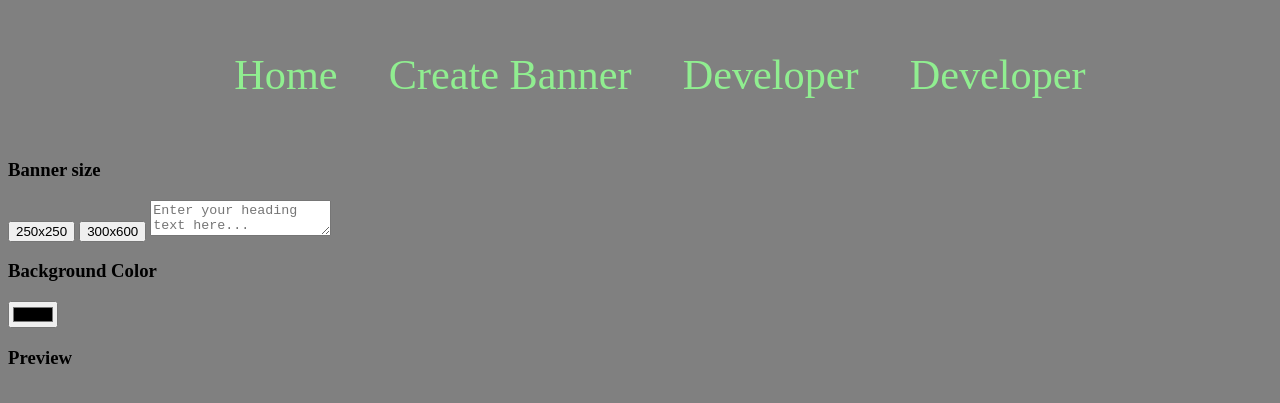
Repository: Yuravolontir/--Baner-Editor--
Page: banner.html
An editor plug-in stored every save of this project. The page is shown before and after the next save, followed by the edit.
The browser window is 1280 px wide. The pictures show the whole page.

Above is the page before, as saved 2025-07-15 18:25:04.

After the next save:
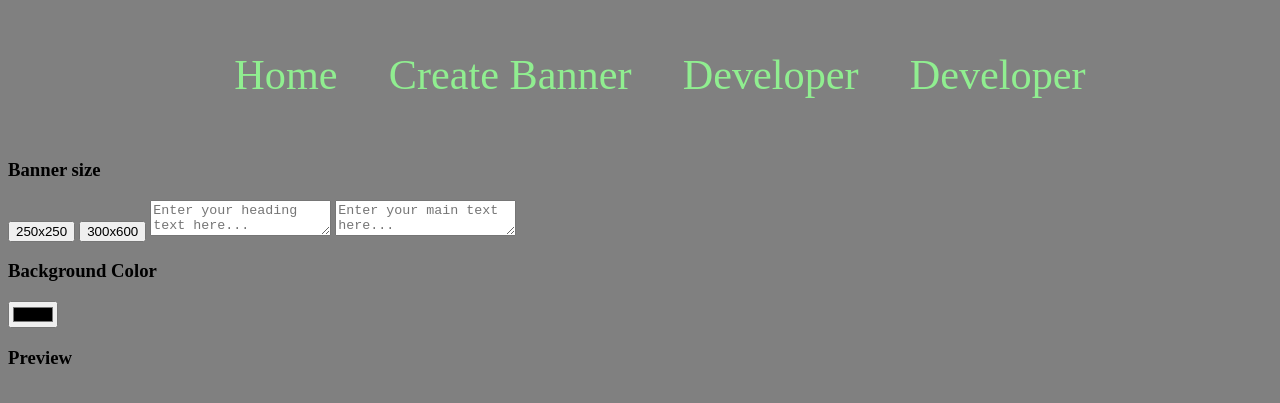
Saved 99 s later.
--- a/banner.html
+++ b/banner.html
@@ -23,6 +23,7 @@
 <button id="250X250">250x250</button>
 <button id="300X600">300x600</button>
 <textarea id="bannerHeading" placeholder="Enter your heading text here..."></textarea>
+<textarea id="bannerText" placeholder="Enter your main text here..."></textarea>
 <h3>Background Color</h3>
 <input type="color" name="favColor">
 </div>
